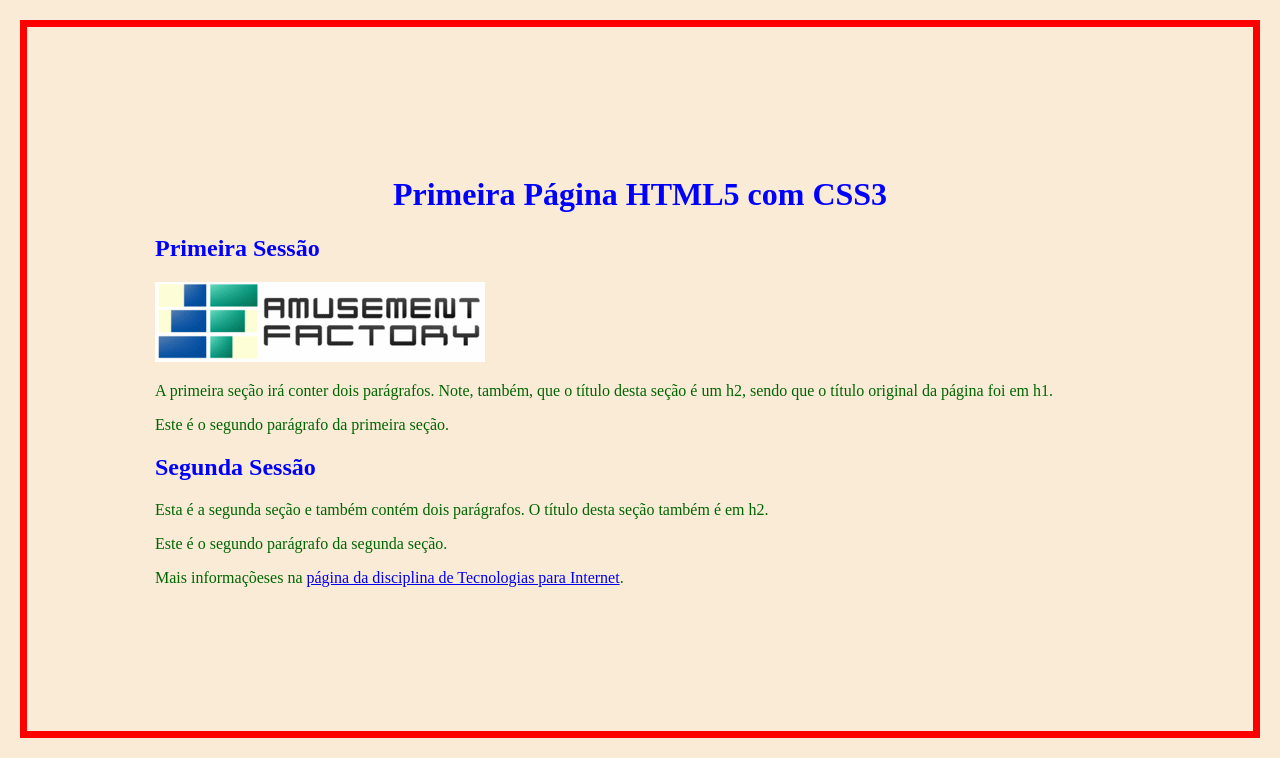
Repository: joao-laercio/DevWeb_BackEnd
Page: Aula_data_08/index2.html
The author's editor kept a copy of each file at every save. The page is drawn from the files as they stood at one save, then again after the next save.
The browser window is 1280 px wide. The pictures show the whole page.

Above is the page before, as saved 2022-07-08 16:33:02.

After the next save:
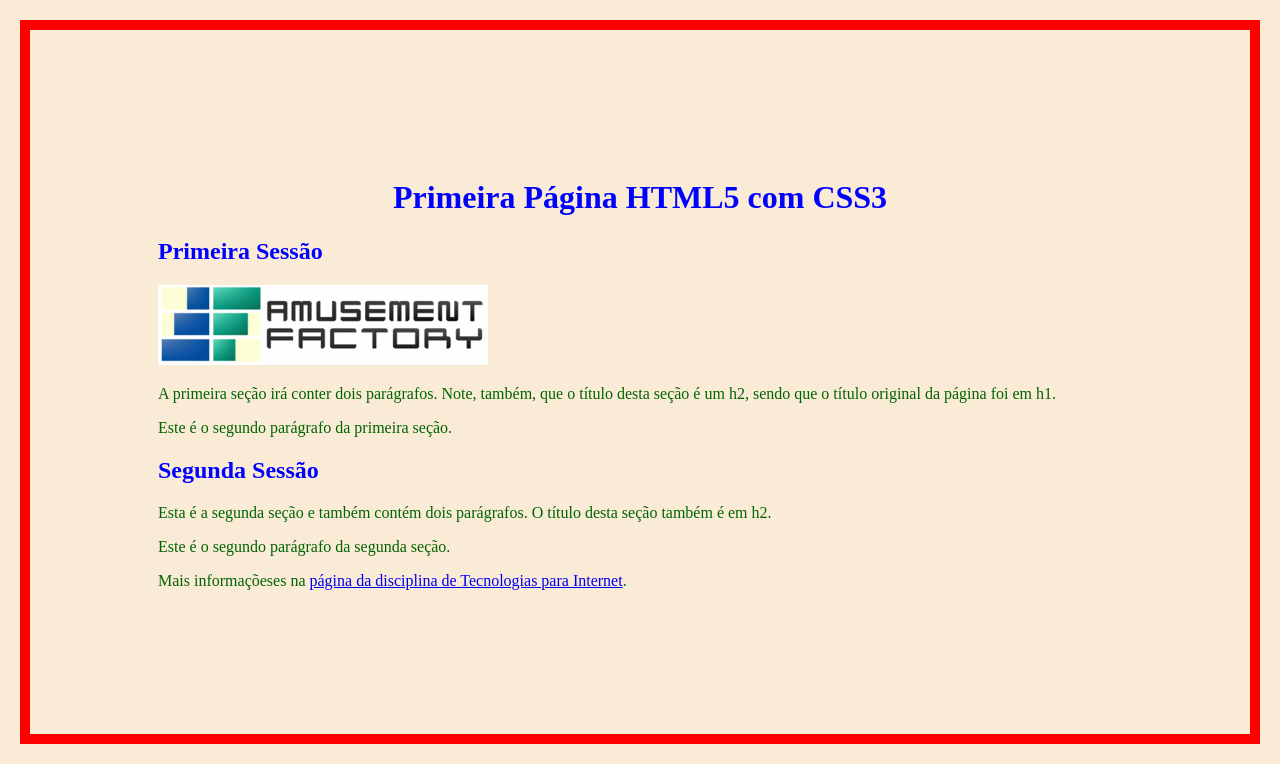
Saved 7 s later.
--- a/Aula_data_08/estilo.css
+++ b/Aula_data_08/estilo.css
@@ -5,7 +5,7 @@
     background-color: antiquewhite;
     padding: 10%;
     margin: 20px;
-    border: 7px solid red;
+    border: 10px solid red;
 
 }
  p {
